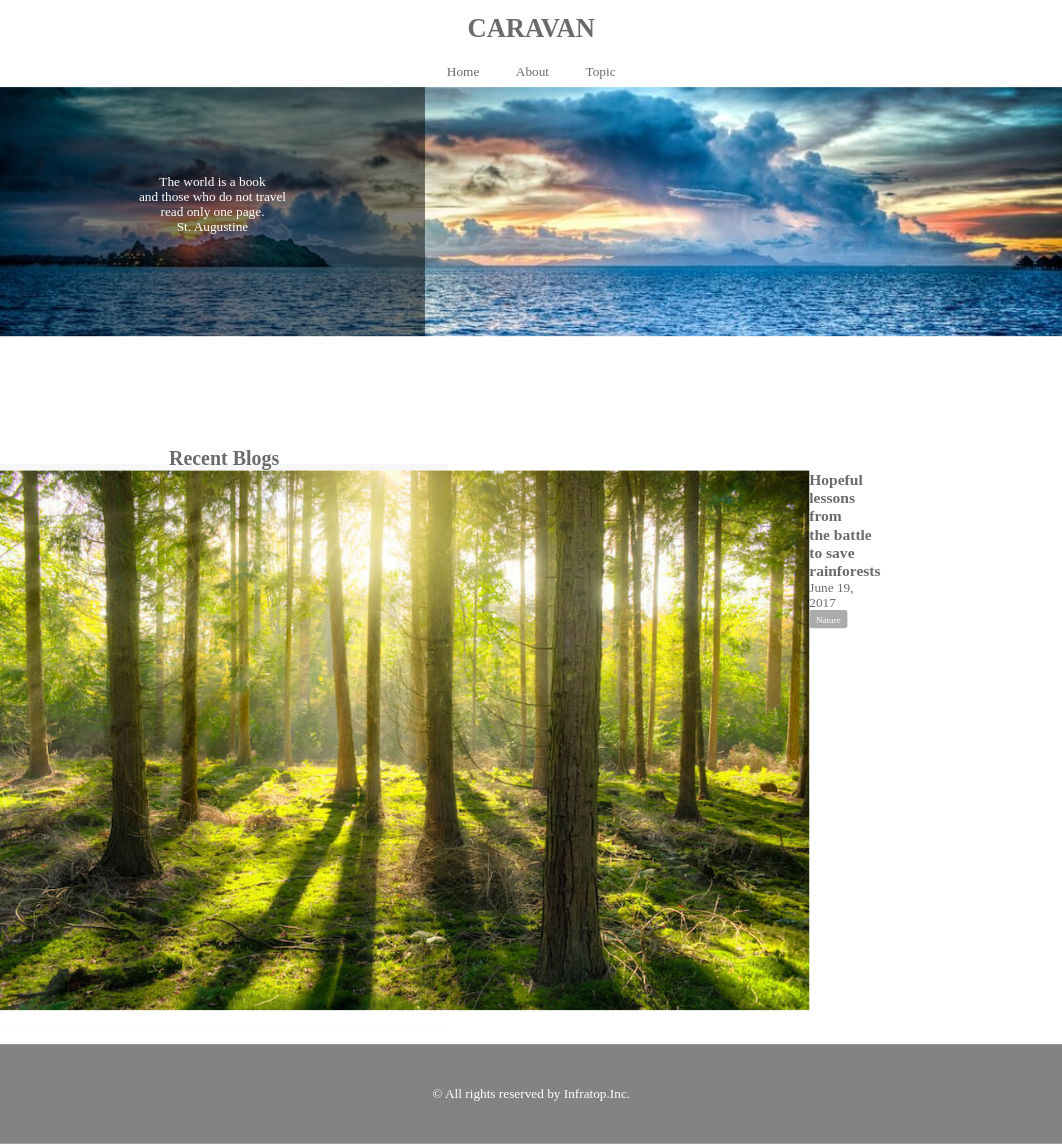
Repository: kowatann/sample_app
Page: caravan/index.html
The author's editor kept a record of every edit. The page is drawn from the files as they stood at one moment, then again after the next edit.
The browser window is 1280 px wide. The pictures show the whole page, at 83% of full size.

Above is the page before.

### caravan/index.html
<!DOCTYPE html>
<html lang="ja">
  <head>
    <meta charset="UTF-8" />

    <link rel="stylesheet" href="style.css" />
    <title>CARAVAN</title>
  </head>

  <body>
    <header>
      <h1 class="heading">
        <a href="index.html">
          CARAVAN
        </a>
      </h1>
    </header>

    <nav>
      <ul class="nav-list">
        <li class="nav-list-item">
          <a href="index.html">Home</a>
        </li>
        <li class="nav-list-item">About</li>
        <li class="nav-list-item">Topic</li>
      </ul>
    </nav>

    <div class="main-visual">
      <div class="main-visual-content">
        <p class="main-visual-text">
          The world is a book<br />
          and those who do not travel<br />
          read only one page.
        </p>
        <p class="main-visual-name">
          St. Augustine
        </p>      </div>
    </div>

    <div class="main">
      <div class="blog"></div>
      <div class="sidebar"></div>
    </div>

    <main>
      <section class="blog">
        <h2 class="blog-heading">Recent Blogs</h2>
        <div class="blog-item">
          <img class="blog-image" src="img/forest.jpg">
          <section class="blog-text">
            <h3>
              <a href="single.html">
                Hopeful lessons from<br>
                the battle to save<br>
                rainforests
              </a>
            </h3>
            <p>June 19, 2017</p>
            <span class="category">Nature</span>
          </section>
        </div>
      </section>
      <div class="sidebar"></div>
    </main>

    <footer>
      <p class="footer-text">© All rights reserved by Infratop.Inc.</p>
    </footer>
  </body>
</html>

### caravan/style.css
* {
  margin: 0;
  padding: 0;
  box-sizing: border-box;
  color: #6c6b6b;
}

a {
  text-decoration: none;
}

header {
  width: 90%;
  padding: 15px 0;
  margin: 0 auto;
  text-align: center;
}

header .heading {

  font-size: 32px;
}

.nav-list {
  text-align: center;
  padding: 10px 0;
  margin: 0 auto;
}

.nav-list-item {
  list-style: none;
  display: inline-block;
  margin: 0 20px;
}

.main-visual {
  width: 100%;
  height: 300px;
  background-image: url(img/mv.jpg);
  background-size: cover;
  background-position: center;
}

.main-visual-content {
  width: 40%;
  height: 300px;
  background-color: rgba( 0, 0, 0, 0.5);
  text-align: center;
  padding-top: 105px;
}

.main-visual-text {
  color: #fff;
}

.main-visual-name {
  matgin-top: 30px;
  color: #fff;
}


.main {
  width: 800px;
  display: flex;
  justify-content: center;
  margin: 0 auto;
  padding: 70px 0;
}

.blog {
  width: 540px;
  margin-tigth: 30px;
}

.blog-heading {
  border-bottom: 8px solid #f7f7f7;
  text-align: center;
  line-height: 0.6
}

.blog-item {
  padding-bottom: 20px;
  margin-bottom: 20px;
  border-bottom: 1px solid #f7f7f7;
  display: flex;
  justify-content: flex-start;
}

.blog-imag {
  height: 100px;
}

.blog-date {
  font-size: 12px;
  display: inline-block;
}

.category {
  display: inline-block;
  padding: 5px 8px;
  background-color: #acabab;
  border-radius: 3px;
  color: #fff;
  font-size: 11px;
}

.sidebar {
width: 230px;
}

footer {
  width: 100%;
  height: 120px;
  text-align: center;
  line-height: 120px;
  background-color: #848282;
}

.footer-text {
  color: #fff;
}

After the next edit:
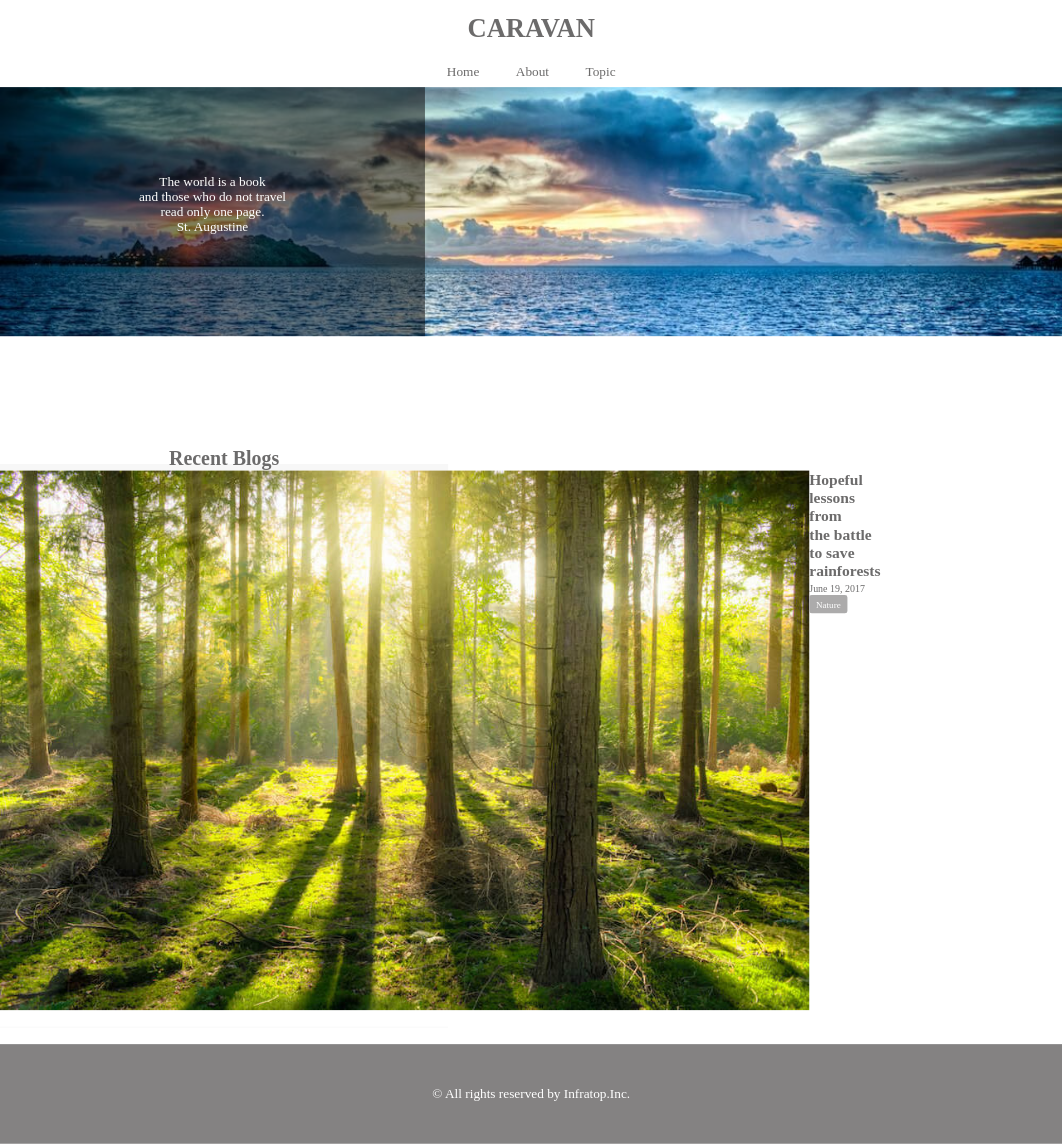
The edit:
--- a/caravan/index.html
+++ b/caravan/index.html
@@ -56,7 +56,7 @@
                 rainforests
               </a>
             </h3>
-            <p>June 19, 2017</p>
+            <p class="blog-date">June 19, 2017</p>
             <span class="category">Nature</span>
           </section>
         </div>
